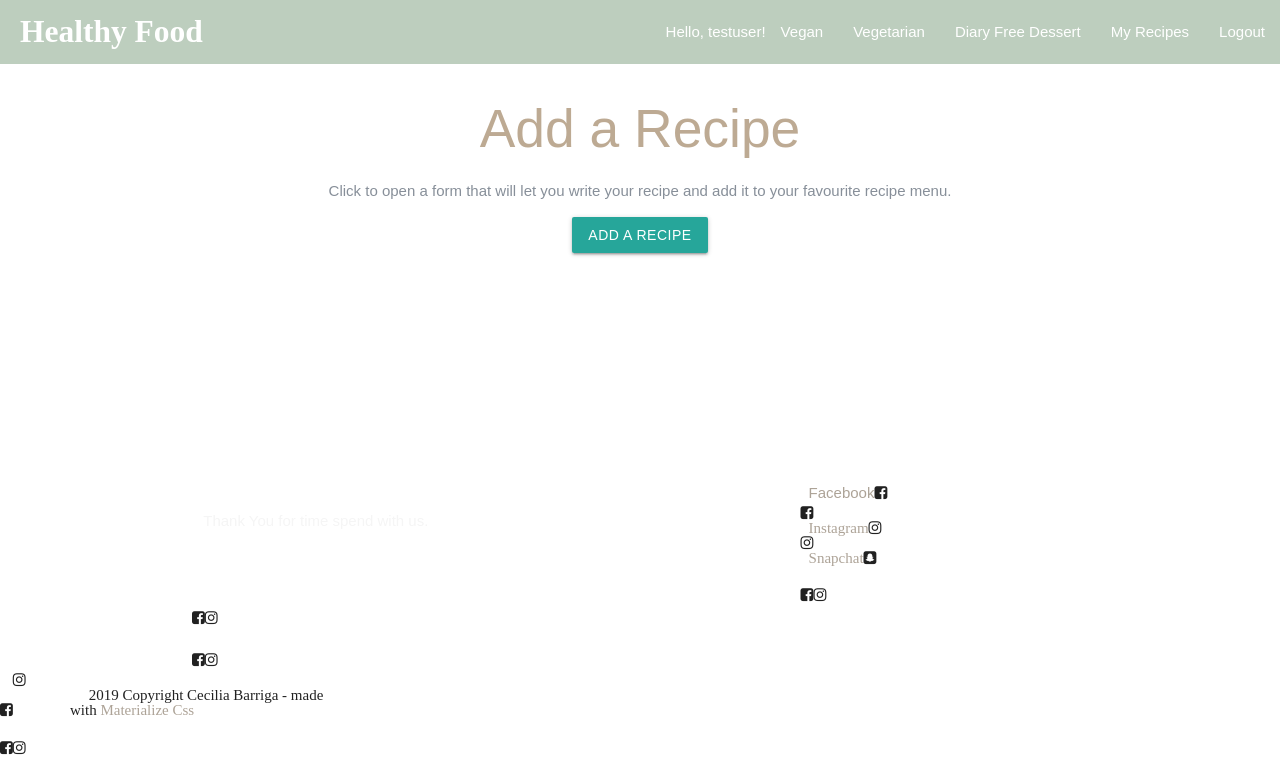
Repository: cesole/cookbook
Page: http://localhost/get_my_recipes
The author's editor kept a record of every edit. The page is drawn from the files as they stood at one moment, then again after the next edit.
The browser window is 1280 px wide. The pictures show the whole page.
Some web fonts or font styles are not loaded; a fallback is used. The page is served by the project's application, run on Flask 3 (app.py). The session is filled in as if someone had signed in: {"username": "testuser"}. Queries for data that is not in the repository find no rows.

Above is the page before.

After the next edit:
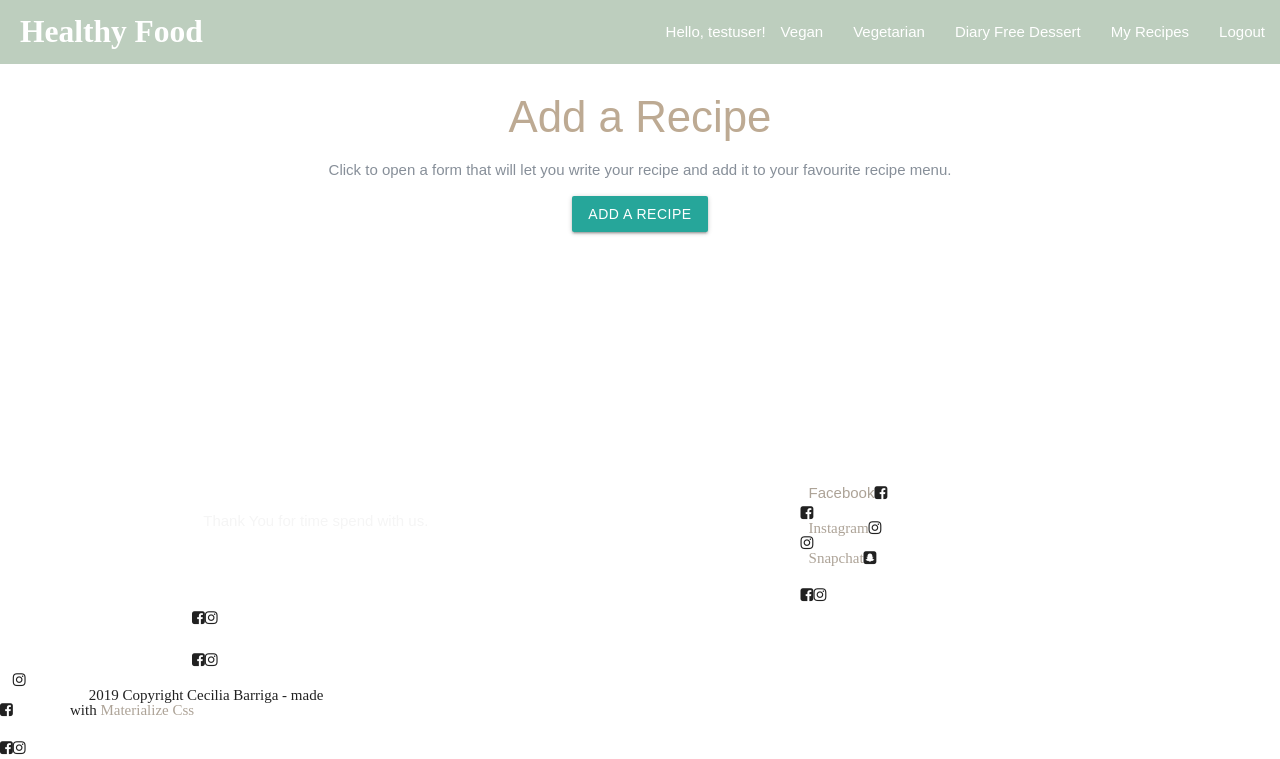
The edit:
--- a/templates/user_recipes.html
+++ b/templates/user_recipes.html
@@ -3,7 +3,7 @@
     <div class="row">
         <div class="col s12 white center add-recipe-box">
             <div class="icon-block">
-                <h2 class="center brown-text art-deco-font">Add a Recipe</h2>
+                <h3 class="center brown-text art-deco-font">Add a Recipe</h3>
                 <p class="light center">Click to open a form that will let you write your recipe and add it to your favourite recipe menu.</p>
             </div>
             <a href="/add_recipe" class="btn waves-effect waves-light">Add a Recipe</a>
